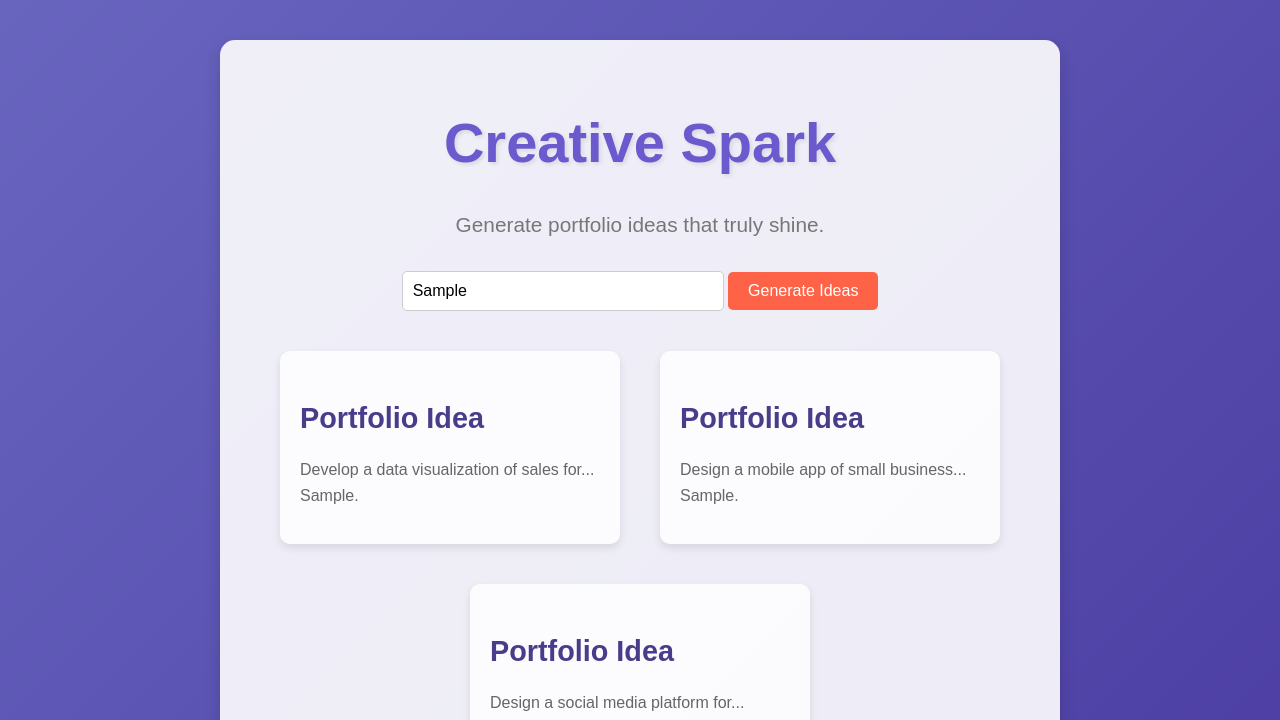
Repository: kondurupriyanka/Frontend_Assignment
Page: index.html
An editor plug-in stored every save of this project. The page is shown before and after the next save, followed by the edit.
The browser window is 1280 px wide. The pictures show the window.
Empty fields were first filled with sample values (such as "Sample", 5 or name@example.com).
After loading, the first visible `#generate-button` was clicked once.
A layer covers the whole window, so only the first screen is drawn.

Above is the page before, as saved 2025-03-07 15:19:18.

After the next save:
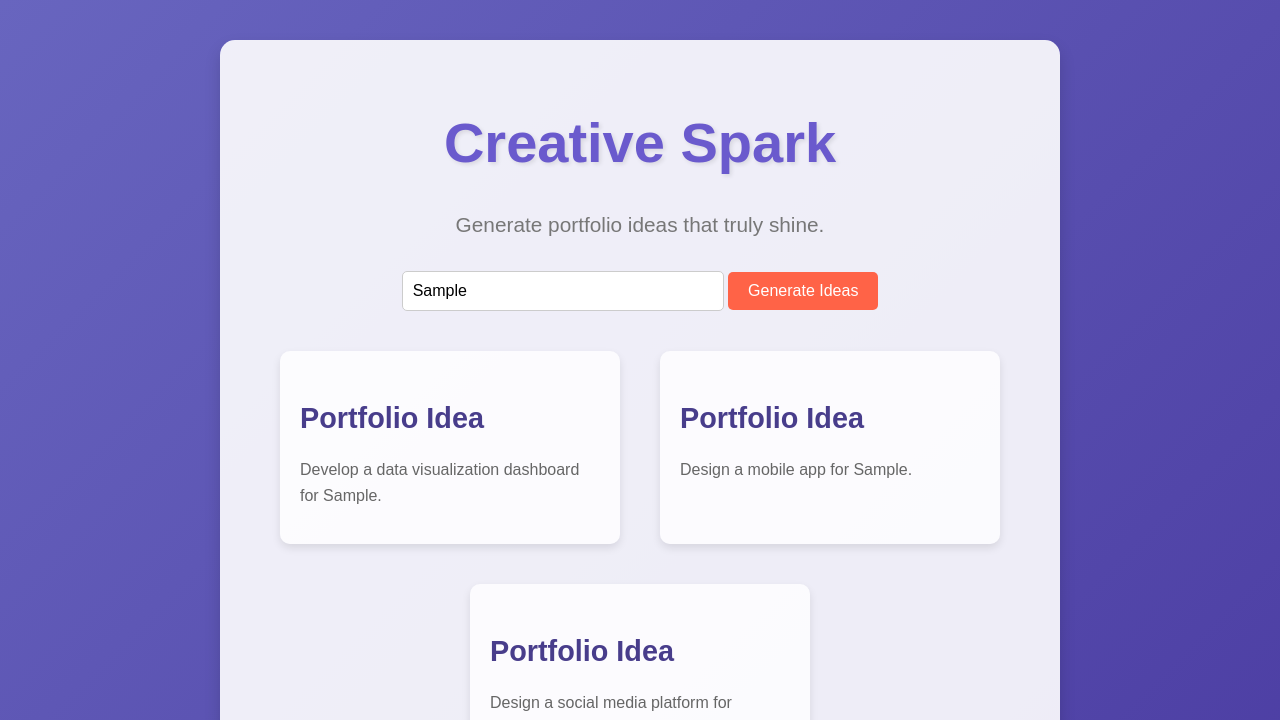
Saved 29 s later.
--- a/script.js
+++ b/script.js
@@ -1,32 +1,45 @@
-document.addEventListener('DOMContentLoaded', function() {
+document.addEventListener('DOMContentLoaded', function () {
     const skillsInput = document.getElementById('user-skills');
     const generateButton = document.getElementById('generate-button');
     const ideaSpace = document.getElementById('idea-space');
 
+    if (!skillsInput || !generateButton || !ideaSpace) {
+        console.error("Error: One or more required elements are missing.");
+        return;
+    }
+
     const prompts = [
-        "Create a portfolio website for a...",
-        "Design a mobile app of small business...",
-        "Develop a data visualization of sales for...",
-        "Build an interactive experience dashboard for healthcare industry...",
-        "Create a game for...",
-        "Design a social media platform for...",
-        "Develop a machine learning model for..."
+        "Create a portfolio website for",
+        "Design a mobile app for",
+        "Develop a data visualization dashboard for",
+        "Build an interactive experience for the healthcare industry",
+        "Create a game for",
+        "Design a social media platform for",
+        "Develop a machine learning model for"
     ];
 
-    generateButton.addEventListener('click', function() {
+    generateButton.addEventListener('click', function () {
         ideaSpace.innerHTML = ''; // Clear previous ideas
-        const skills = skillsInput.value.split(',').map(skill => skill.trim());
+        const skills = skillsInput.value
+            .split(',')
+            .map(skill => skill.trim())
+            .filter(skill => skill.length > 0); // Remove empty skills
 
         for (let i = 0; i < 3; i++) {
             const randomPrompt = prompts[Math.floor(Math.random() * prompts.length)];
-            const randomSkill = skills[Math.floor(Math.random() * skills.length)] || "a creative project";
+            const randomSkill = skills.length > 0
+                ? skills[Math.floor(Math.random() * skills.length)]
+                : "a creative project";
 
+            // Create the idea card
             const ideaCard = document.createElement('div');
             ideaCard.className = 'idea-card';
 
+            // Add title
             const title = document.createElement('h2');
             title.textContent = "Portfolio Idea";
 
+            // Add description
             const description = document.createElement('p');
             description.textContent = `${randomPrompt} ${randomSkill}.`;
 
